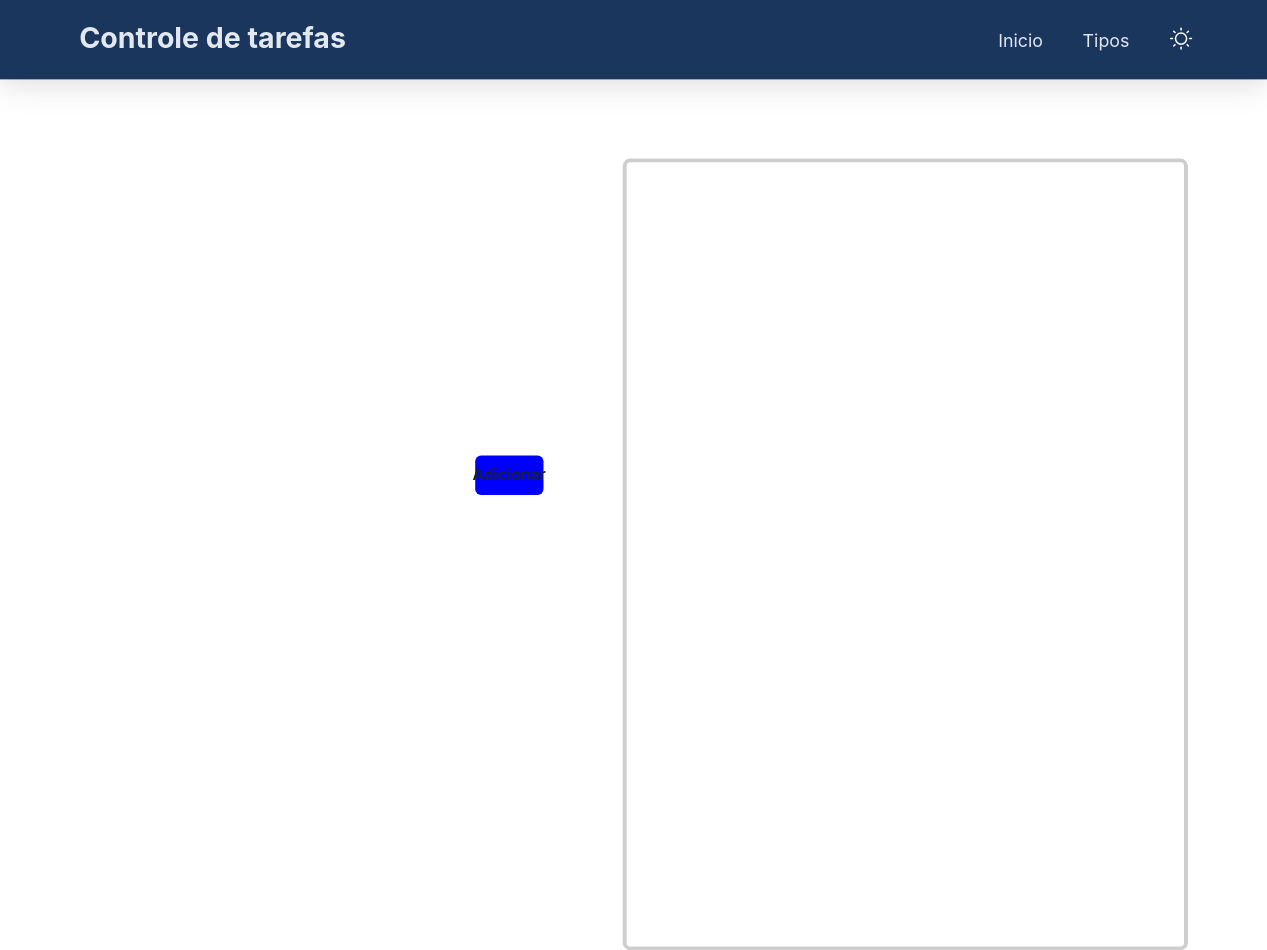
Repository: leosulzbach/Hackaton-Relampago
Page: /tipos (app in Front/)
These files come from the project's save history. The page is drawn as it stood at one moment and after the next save; the edit follows.
The browser window is 1280 px wide. The pictures show the whole page, at 99% of full size.
The page's requests for data from a server got no answer. The project was rebuilt for these pictures with package versions that can differ from the ones it lists, and the page was loaded fresh each time. No one was signed in, and anything a server would have sent is missing. Also part of the build but not shown: Front/vite.config.ts, Front/src/Components/Cards/CadInfo.styles.ts, Front/src/Components/Cards/CardInfo.tsx, Front/src/Components/Cards/Cards.styles.ts, Front/src/Components/Cards/Card.tsx, Front/src/Pages/home.tsx.

Above is the page before, as saved 2022-11-07 17:05:04.

### Front/src/App.tsx
import { ChakraProvider, theme } from "@chakra-ui/react"
import { BrowserRouter } from "react-router-dom"
import { Router } from "./Routes/Router"



function App() {
  return(
    <ChakraProvider theme={theme}>
    <BrowserRouter>
      <Router />
    </BrowserRouter>
  </ChakraProvider>
  )
}

export default App

### Front/src/Routes/Router.tsx
import { Routes, Route } from "react-router-dom";
import { Home } from "../Pages/home";
import { Tipos } from "../Pages/tipos";


export function Router() {
  return (
    <Routes>
      <Route path="/home" element={<Home />} />
      <Route path="/tipos" element={<Tipos />} />
     </Routes>
  );
}

### Front/src/Pages/tipos.tsx
import { Box, Button, Flex, Grid, Text } from '@chakra-ui/react'
import axios from 'axios';
import { CalendarPlus } from 'phosphor-react';
import { useEffect, useState } from 'react';
import { Card } from '../Components/Cards/Card';
import { Header } from '../Components/Header'


export interface Cadastro {
    id: number;
    descricao: string;
    situacao: string;
    data_vencimento: string;
    prioridade: string;
    email?: string

}

export const Tipos = () => {

    const [CadastroList, setCadastroList] = useState([]);



    useEffect(() => {
        axios.get("http://localhost:3000/tipos").then((response) => {
            setCadastroList(response.data);
        });
    }, []);

    console.log(CadastroList)
    return (
        <Flex>
            <Header />

            <Flex
                w={'100%'}
                align={"center"}

            >
            <Button
            bg={"blue"}
            ml={"30rem"}>Adicionar</Button>
                <Box
                    mt={"10rem"}
                    ml={"5rem"}
                    borderRadius={8}
                    mr={"5rem"}
                    border={"4px solid #cecece"}
                    w={'90%'}
                    h={'800px'}>
                    {CadastroList.map((cadastro: any) => {
                        return (
                            <Card id={cadastro.id} descricao={cadastro.descricao} situacao={cadastro.situacao} data_vencimento={cadastro.data_vencimento} prioridade={cadastro.prioridade} />
                        )
                    }
                    )
                    }

                </Box>
            </Flex>


        </Flex>

    )

}

### Front/src/Components/Header.tsx
import { Box, Flex, Input, Link, Text } from "@chakra-ui/react";
import { Sun } from "phosphor-react";



export const Header = () => {
    return (
        <Flex

            as="header"
            w="100%"
            h="20"
            justify="space-between"

            borderBottomWidth={1}
            borderColor="blue.900"
            bg="blue.900"
            position={"fixed"}
            boxShadow="rgba(100, 100, 111, 0.2) 0px 7px 29px 0px"
        >
            <Flex
                p="1rem"
                justify="flex-start"
                ml="4rem"
            >
                <Text
                    fontSize="1.8rem"
                    fontWeight="bold"
                    color="gray.200"
                >
                    Controle de tarefas
                </Text>
            </Flex>
            <Flex
                p="1.7rem"
                mr="3rem"
                justify="flex-end"
                gap={10}
            >
                <Link
                    href="/home"
                    color="gray.200"
                    fontSize={18}
                    _hover={{
                        borderBottom: '4px solid  blue', transition: 'all 0.3s ease-out', transform: 'translate(-11px, 0px)'
                    }}

                >
                    Inicio
                </Link>
                <Link

                    href="/tipos"
                    color="gray.200"
                    fontSize={18}
                    _hover={{
                        borderBottom: '4px solid  blue', transition: 'all 0.3s ease-out', transform: 'translate(-11px, 0px)'
                    }}
                >
                    Tipos
                </Link>

                <Sun size={24} color={"white"} />
            </Flex>



        </Flex>
    );
}

Loaded but not shown: Front/index.html (common file); Front/src/main.tsx (common file)

After the next save:
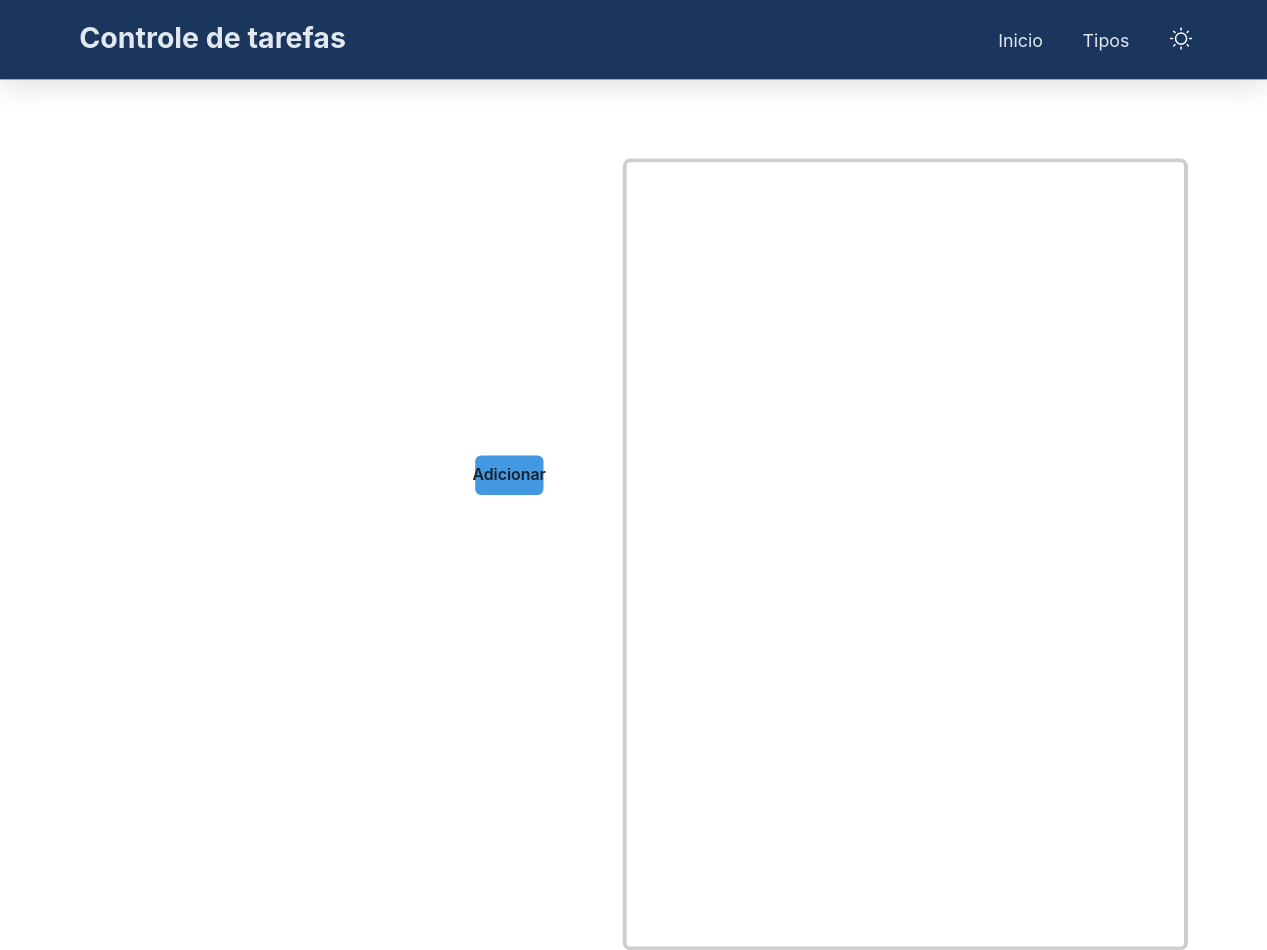
Saved 6 s later.
--- a/Front/src/Pages/tipos.tsx
+++ b/Front/src/Pages/tipos.tsx
@@ -39,7 +39,7 @@ export const Tipos = () => {
 
             >
             <Button
-            bg={"blue"}
+            bg={"blue.400"}
             ml={"30rem"}>Adicionar</Button>
                 <Box
                     mt={"10rem"}
